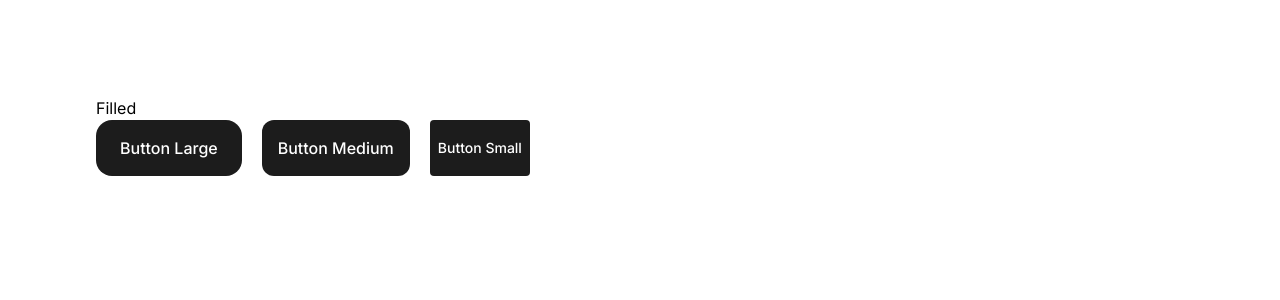
Repository: ggonzaga29/polarized-dashboard
Page: /
The author's editor kept a copy of each file at every save. The page is drawn from the files as they stood at one save, then again after the next save.
The browser window is 1280 px wide. The pictures show the whole page.
The project was rebuilt for these pictures with package versions that can differ from the ones it lists, and the page was loaded fresh each time. The framework's server and built-in components were replaced by stand-ins that run in the browser. Also part of the build but not shown: next.config.js.

Above is the page before, as saved 2023-08-03 12:54:31.

### src/app/layout.jsx
import './globals.css';
import { Inter } from 'next/font/google';
import { ThemeProvider } from '@/context/theme-provider';

const inter = Inter({ subsets: ['latin'] });

export const metadata = {
  title: 'Polarized | Dashboard',
};

export default function RootLayout({ children }) {
  return (
    <html lang="en">
      <body className={inter.className}>
        <ThemeProvider attribute="class" defaultTheme="system" enableSystem>
          {children}
        </ThemeProvider>
      </body>
    </html>
  );
}

### src/app/page.jsx
import Image from 'next/image';
import { Button } from '@/components/ui/button';

export default function Home() {
  return (
    <main className="min-h-screen flex-col items-center justify-between p-24">
      <h2>Filled</h2>
      <div className="flex gap-5 ">
        <Button variant="filled" size="lg">
          Button Large
        </Button>
        <Button variant="filled" size="md">
          Button Medium
        </Button>
        <Button variant="filled" size="sm">
          Button Small
        </Button>
      </div>
    </main>
  );
}

### src/app/globals.css
@tailwind base;
@tailwind components;
@tailwind utilities;

@layer base {
  :root {
    /* --background: 0 0% 100%;
    --foreground: 240 10% 3.9%;

    --muted: 240 4.8% 95.9%;
    --muted-foreground: 240 3.8% 46.1%;

    --popover: 0 0% 100%;
    --popover-foreground: 240 10% 3.9%;

    --card: 0 0% 100%;
    --card-foreground: 240 10% 3.9%;

    --border: 240 5.9% 90%;
    --input: 240 5.9% 90%;

    --primary: 240 5.9% 10%;
    --primary-foreground: 0 0% 98%;

    --secondary: 240 4.8% 95.9%;
    --secondary-foreground: 240 5.9% 10%;

    --accent: 240 4.8% 95.9%;
    --accent-foreground: 240 5.9% 10%;

    --destructive: 0 84.2% 60.2%;
    --destructive-foreground: 0 0% 98%;

    --ring: 240 5% 64.9%;

    --radius: 0.5rem; */

    /* 1C1C1C */
    --black-100: hsl(0, 0%, 11%);
    --black-80: hsl(0%, 11%, 80%);

    --white-100: hsl(0, 0%, 100%);
    --white-80: hsl(0, 0%, 80%);
    --white-40: hsl(0, 0%, 40%);
    --white-20: hsl(0, 0%, 20%);
    --white-10: hsl(0, 0%, 10%);
    --white-5: hsl(0, 0%, 5%);

    /* F7F9FB */
    --primary-light: hsl(210, 50%, 98%);
    /* E3F5FF */
    --primary-blue: hsl(210, 90%, 95%);
    /* E5ECF6 */
    --primary-purple: hsl(240, 20%, 90%);
    /* 1C1C1C */
    --primary-brand: hsl(0, 0%, 11%);

    /* 95A4FC */
    --secondary-purple-a: hsl(240, 60%, 75%);
    /* A8C5DA */
    --secondary-blue-a: hsl(200, 30%, 75%);
    /* E3F5FF */
    --secondary-blue-b: hsl(210, 90%, 95%);
    /* A1E3CB */
    --secondary-green-a: hsl(160, 70%, 75%);
    /* BAEDBD */
    --secondary-green-b: hsl(100, 40%, 75%);
    /* FFE999 */
    --secondary-yellow: hsl(50, 100%, 75%);
    /* FF4747 */
    --secondary-red: hsl(0, 100, 64);
  }

  .dark {
    /* --background: 240 10% 3.9%;
    --foreground: 0 0% 98%;

    --muted: 240 3.7% 15.9%;
    --muted-foreground: 240 5% 64.9%;

    --popover: 240 10% 3.9%;
    --popover-foreground: 0 0% 98%;

    --card: 240 10% 3.9%;
    --card-foreground: 0 0% 98%;

    --border: 240 3.7% 15.9%;
    --input: 240 3.7% 15.9%;

    --primary: 0 0% 98%;
    --primary-foreground: 240 5.9% 10%;

    --secondary: 240 3.7% 15.9%;
    --secondary-foreground: 0 0% 98%;

    --accent: 240 3.7% 15.9%;
    --accent-foreground: 0 0% 98%;

    --destructive: 0 62.8% 30.6%;
    --destructive-foreground: 0 85.7% 97.3%;

    --ring: 240 3.7% 15.9%; */
  }
}

@layer base {

}

### src/components/ui/button.jsx
import React from 'react';
import { cva } from 'class-variance-authority';
import { twMerge } from 'tailwind-merge';

const button = cva(
  [
    'inline-flex items-center justify-center font-medium transition-colors disabled:pointer-events-none disabled:opacity-50',
  ],
  {
    variants: {
      variant: {
        filled: ['bg-[#1C1C1C]', 'text-white', "hover:bg-[#2C2C2C]"],
				outlined: ['border-[#1C1C1C]', 'text-[#1C1C1C]', 'hover:bg-[#1C1C1C]'],
				gray: ['bg-[#F5F5F5]', 'text-[#1C1C1C]', 'hover:bg-[#E5E5E5]'],
				ghost: ['text-[#1C1C1C]', 'hover:bg-[#1C1C1C]'],
      },

      size: {
        sm: ['px-2', 'py-1', 'rounded', "text-sm"],
        md: ['px-4', 'py-2', 'rounded-xl'],
        lg: ['px-6', 'py-4', 'rounded-2xl'],
      },
    },
  },
);

const Button = ({ variant, size, className, children }) => {
  if (!variant) variant = 'primary';
  if (!size) size = 'md';

  return (
    <button className={twMerge(button({ variant, size }), className)}>
      {children}
    </button>
  );
};

Button.displayName = 'Button';

export { Button };

### tailwind.config.js
/** @type {import('tailwindcss').Config} */
module.exports = {
	darkMode: ["class"],
	content: [
		'./pages/**/*.{js,jsx}',
		'./components/**/*.{js,jsx}',
		'./app/**/*.{js,jsx}',
		'./src/**/*.{js,jsx}',
	],
	theme: {
		// container: {
		//   center: true,
		//   padding: "2rem",
		//   screens: {
		//     "2xl": "1400px",
		//   },
		// },
		extend: {
			colors: {

				black: {
					DEFAULT: "#000000",
					100: "#F5F5F5",
					200: "#EEEEEE",


					// border: "hsl(var(--border))",
					// input: "hsl(var(--input))",
					// ring: "hsl(var(--ring))",
					// background: "hsl(var(--background))",
					// foreground: "hsl(var(--foreground))",
					// primary: {
					//   DEFAULT: "hsl(var(--primary))",
					//   foreground: "hsl(var(--primary-foreground))",
					// },
					// secondary: {
					//   DEFAULT: "hsl(var(--secondary))",
					//   foreground: "hsl(var(--secondary-foreground))",
					// },
					// destructive: {
					//   DEFAULT: "hsl(var(--destructive))",
					//   foreground: "hsl(var(--destructive-foreground))",
					// },
					// muted: {
					//   DEFAULT: "hsl(var(--muted))",
					//   foreground: "hsl(var(--muted-foreground))",
					// },
					// accent: {
					//   DEFAULT: "hsl(var(--accent))",
					//   foreground: "hsl(var(--accent-foreground))",
					// },
					// popover: {
					//   DEFAULT: "hsl(var(--popover))",
					//   foreground: "hsl(var(--popover-foreground))",
					// },
					// card: {
					//   DEFAULT: "hsl(var(--card))",
					//   foreground: "hsl(var(--card-foreground))",
					// },
				},
				borderRadius: {
					// lg: "var(--radius)",
					// md: "calc(var(--radius) - 2px)",
					// sm: "calc(var(--radius) - 4px)",
				},
				keyframes: {
					// "accordion-down": {
					//   from: { height: 0 },
					//   to: { height: "var(--radix-accordion-content-height)" },
					// },
					// "accordion-up": {
					//   from: { height: "var(--radix-accordion-content-height)" },
					//   to: { height: 0 },
					// },
				},
				animation: {
					// "accordion-down": "accordion-down 0.2s ease-out",
					// "accordion-up": "accordion-up 0.2s ease-out",
				},
			},
		},
		plugins: [require("tailwindcss-animate")],
	}
}

Loaded but not shown: src/context/theme-provider.jsx (common file)

After the next save:
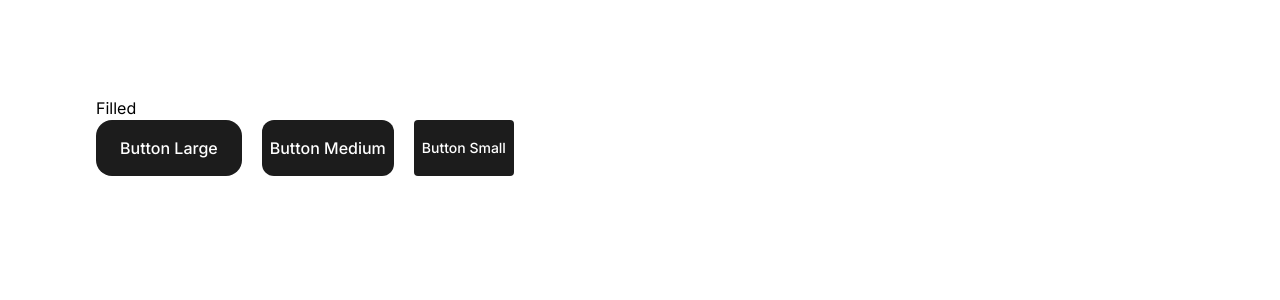
Saved 16 s later.
--- a/src/components/ui/button.jsx
+++ b/src/components/ui/button.jsx
@@ -17,7 +17,7 @@
 
       size: {
         sm: ['px-2', 'py-1', 'rounded', "text-sm"],
-        md: ['px-4', 'py-2', 'rounded-xl'],
+        md: ['px-2', 'py-1', 'rounded-xl'],
         lg: ['px-6', 'py-4', 'rounded-2xl'],
       },
     },

After the save that followed:
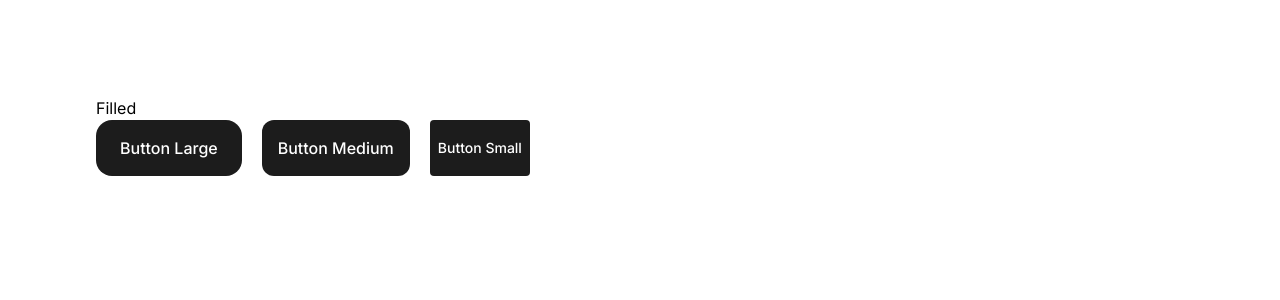
Saved 6 s later.
--- a/src/components/ui/button.jsx
+++ b/src/components/ui/button.jsx
@@ -17,7 +17,7 @@
 
       size: {
         sm: ['px-2', 'py-1', 'rounded', "text-sm"],
-        md: ['px-2', 'py-1', 'rounded-xl'],
+        md: ['px-4', 'py-2', 'rounded-xl'],
         lg: ['px-6', 'py-4', 'rounded-2xl'],
       },
     },
